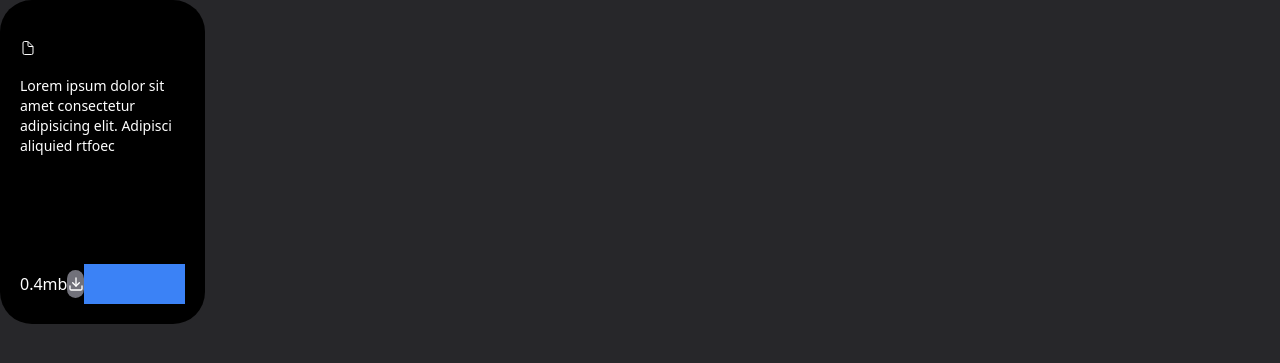
Repository: SharonSebastian32/dragable_cards
Page: /
The author's editor kept a copy of each file at every save. The page is drawn from the files as they stood at one save, then again after a run of saves.
The browser window is 1280 px wide. The pictures show the whole page.
The project was rebuilt for these pictures with package versions that can differ from the ones it lists, and the page was loaded fresh each time. Also part of the build but not shown: vite.config.js.

Above is the page before, as saved 2024-08-21 10:28:11.

### src/App.jsx
import Background from "./Components/Background";
import Foreground from "./Components/Foreground";

const App = () => {
  return (
    <div className="w-full h-screen bg-zinc-800 relative">
      <Background />
      <Foreground/>
    </div>
  );
};
export default App;

### src/Components/Background.jsx
const Background = () => {
  return <div className="w-full h-full fixed z-[2]"> </div>;
};

export default Background;

### src/Components/Foreground.jsx
import Card from "./Card";

const Foreground = () => {
  return (
    <div className="w-full h-full fixed top-0 left-0 z-[3]">
      <Card />
    </div>
  );
};

export default Foreground;

### src/Components/Card.jsx
import { IoDocumentOutline } from "react-icons/io5";
import { LuDownload } from "react-icons/lu";
const Card = () => {
  return (
    <div className="w-[16vw] h-[45vh] rounded-[2rem] text-white px-5 py-10 bg-black relative">
      <IoDocumentOutline />
      <p className="text-sm font-medium mt-5">
        Lorem ipsum dolor sit amet consectetur adipisicing elit. Adipisci
        aliquied rtfoec{" "}
      </p>
      {/* footer   */}
      <div className="footer  absolute bottom-0 left-0 w-full h-15  ">
        <div className="flex items-center justify-between p-5">
          <h5>0.4mb</h5>
          <span className="w-7 h-7 bg-zinc-500 rounded-full flex items-center justify-center cursor-pointer">
            <LuDownload />{" "}
          </span>

          <div className="w-full h-10 bg-blue-500 "></div>
        </div>
      </div>
    </div>
  );
};

export default Card;

Loaded but not shown: index.html (common file); src/main.jsx (common file); src/index.css (common file); tailwind.config.js (common file)

After the next 2 saves:
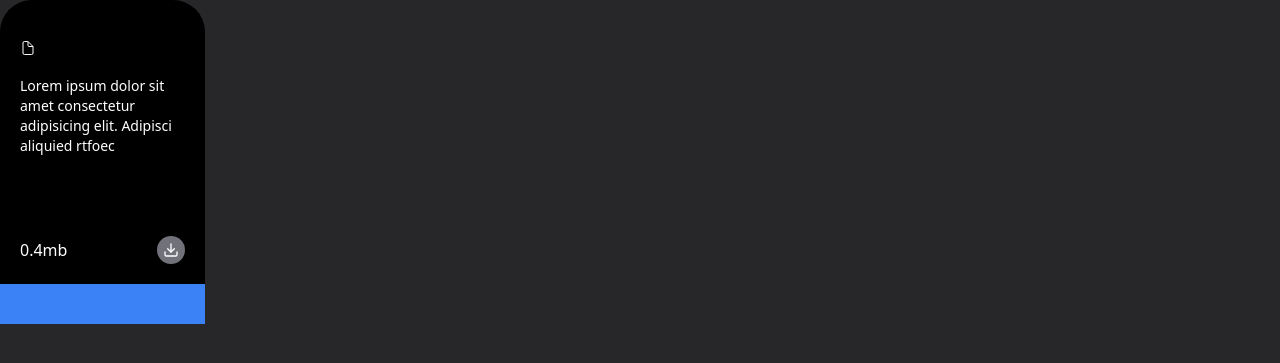
The 2 saves are shown as one change because they came seconds apart.
The last was saved 19 s later.
--- a/src/Components/Card.jsx
+++ b/src/Components/Card.jsx
@@ -15,9 +15,8 @@ const Card = () => {
           <span className="w-7 h-7 bg-zinc-500 rounded-full flex items-center justify-center cursor-pointer">
             <LuDownload />{" "}
           </span>
-
-          <div className="w-full h-10 bg-blue-500 "></div>
-        </div>
+        </div>{" "}
+        <div className="w-full h-10 bg-blue-500 "></div>
       </div>
     </div>
   );
